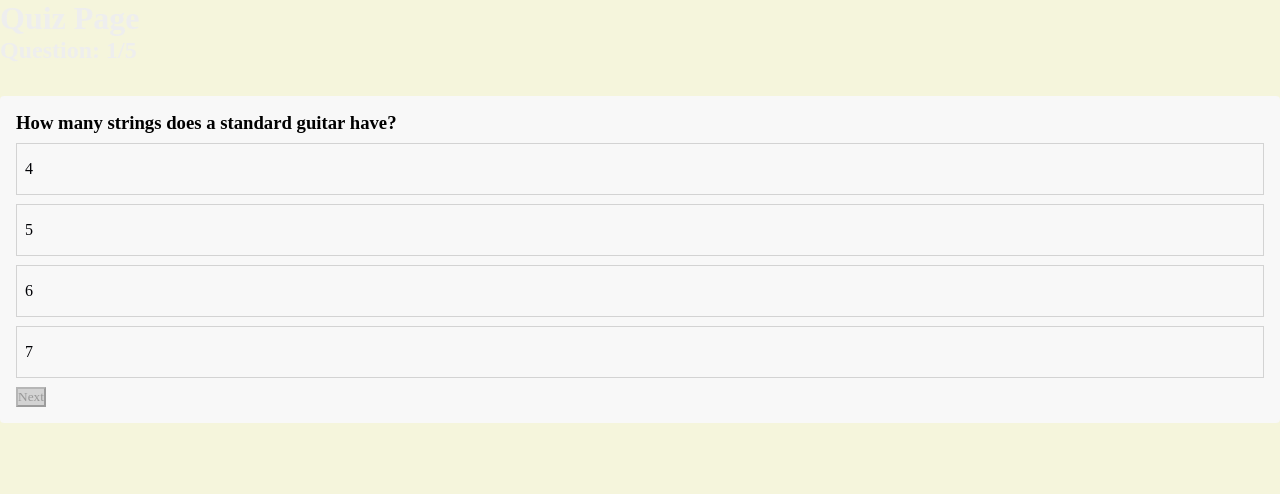
Repository: 1medi/pocketprof
Page: /quiz/page
The author's editor kept a copy of each file at every save. The page is drawn from the files as they stood at one save, then again after the next save.
The browser window is 1280 px wide. The pictures show the whole page.
Some web fonts or font styles are not loaded; a fallback is used. The project was rebuilt for these pictures with package versions that can differ from the ones it lists, and the page was loaded fresh each time. The framework's server and built-in components were replaced by stand-ins that run in the browser. Also part of the build but not shown: next.config.mjs.

Above is the page before, as saved 2024-04-07 00:02:30.

After the next save:
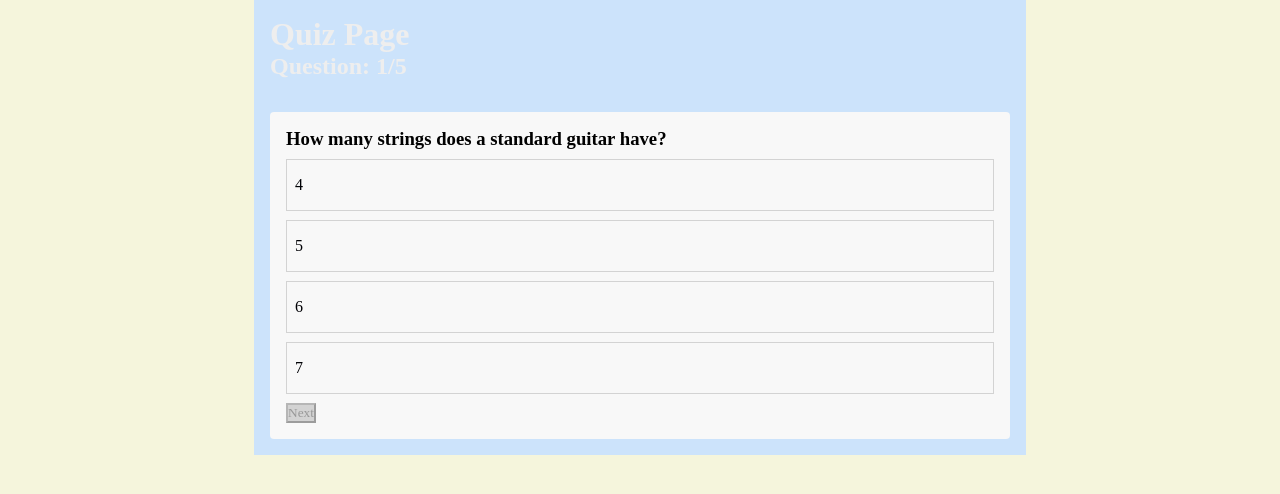
Saved 16 s later.
--- a/pages/quiz/page.jsx
+++ b/pages/quiz/page.jsx
@@ -5,7 +5,6 @@ import { Noto } from "next/font/google"
 import styles from "./page.module.css"
 
 export default function Page() {
-  const noto = Noto({subsets: ['latin']})
   const [activeQuestion, setActiveQuestion] = useState(0);
   const [selectedAnswer, setSelectedAnswer] = useState('');
   const [checked, setChecked] = useState(false);
@@ -57,7 +56,7 @@ export default function Page() {
   };
 
   return (
-    <div className={noto.container}>
+    <div className={styles.container}>
       <h1 className={styles.title}>Quiz Page</h1>
       <div>
         <h2 className={styles.activeQ}>
